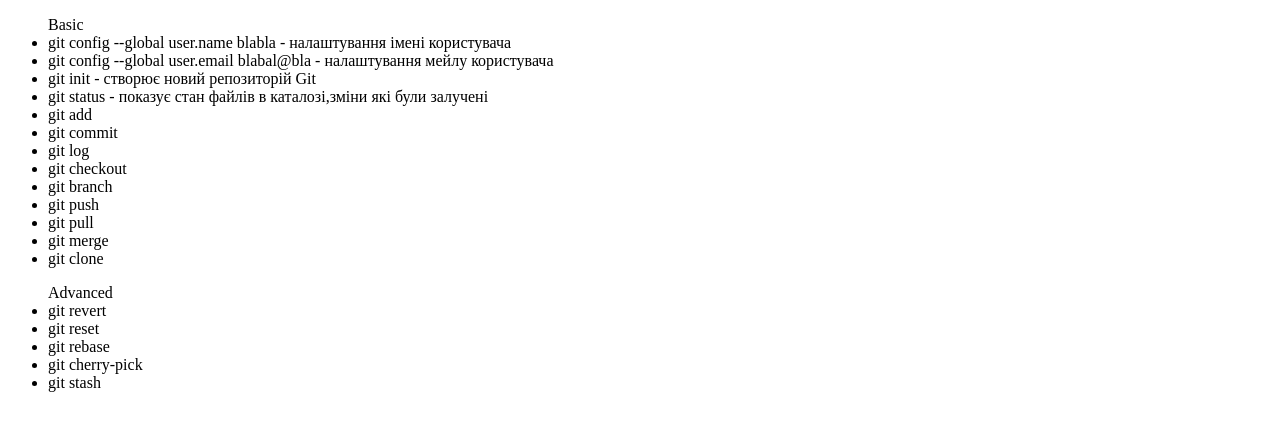
Repository: batonAnton/cursor_homework_anton_batton
Page: index.html
These files come from the project's save history. The page is drawn as it stood at one moment and after the next save; the edit follows.
The browser window is 1280 px wide. The pictures show the whole page.

Above is the page before, as saved 2022-05-26 13:47:41.

### index.html
<!DOCTYPE html>
<html lang="en">
<head>
    <meta charset="UTF-8">
    <meta http-equiv="X-UA-Compatible" content="IE=edge">
    <meta name="viewport" content="width=device-width, initial-scale=1.0">
    <link rel="stylesheet" href="style.css">
    <title>Document</title>
</head>
<body>
    <ul>
        Basic
        <li>git config --global user.name blabla - налаштування імені користувача</li>
        <li> git config --global user.email blabal@bla - налаштування мейлу користувача</li>
        <li>git init - створює новий репозиторій Git</li>
        <li> git status - показує стан файлів в каталозі,зміни які були залучені</li>
        <li>git add</li>
        <li>git commit</li>
        <li>git log</li>
        <li>git checkout</li>
        <li>git branch</li>
        <li>git push</li>
        <li>git pull</li>
        <li> git merge</li>
        <li> git clone</li>
    </ul>

    <ul>
        Advanced
        <li>git revert</li>
        <li>git reset</li>
        <li>git rebase</li>
        <li>git cherry-pick</li>
        <li>git stash</li>
    </ul>

</body>
</html>

Loaded but not shown: style.css (no stored copy; drawn as an empty file)

After the next save:
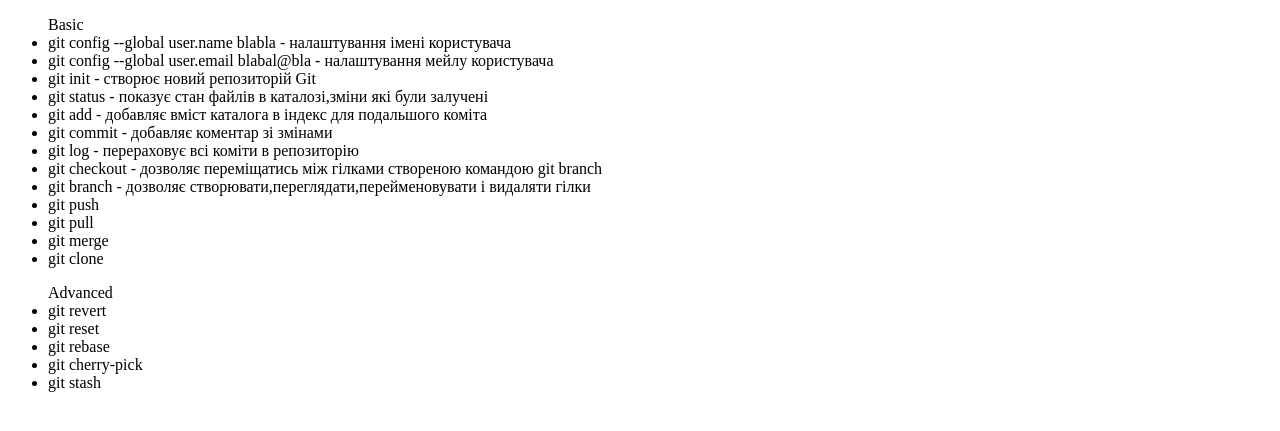
Saved 6 min 2 s later.
--- a/index.html
+++ b/index.html
@@ -14,11 +14,11 @@
         <li> git config --global user.email blabal@bla - налаштування мейлу користувача</li>
         <li>git init - створює новий репозиторій Git</li>
         <li> git status - показує стан файлів в каталозі,зміни які були залучені</li>
-        <li>git add</li>
-        <li>git commit</li>
-        <li>git log</li>
-        <li>git checkout</li>
-        <li>git branch</li>
+        <li>git add - добавляє вміст каталога в індекс для подальшого коміта</li>
+        <li>git commit - добавляє коментар зі змінами</li>
+        <li>git log - перераховує всі коміти в репозиторію</li>
+        <li>git checkout - дозволяє переміщатись між гілками створеною командою git branch</li>
+        <li>git branch - дозволяє створювати,переглядати,перейменовувати і видаляти гілки</li>
         <li>git push</li>
         <li>git pull</li>
         <li> git merge</li>
